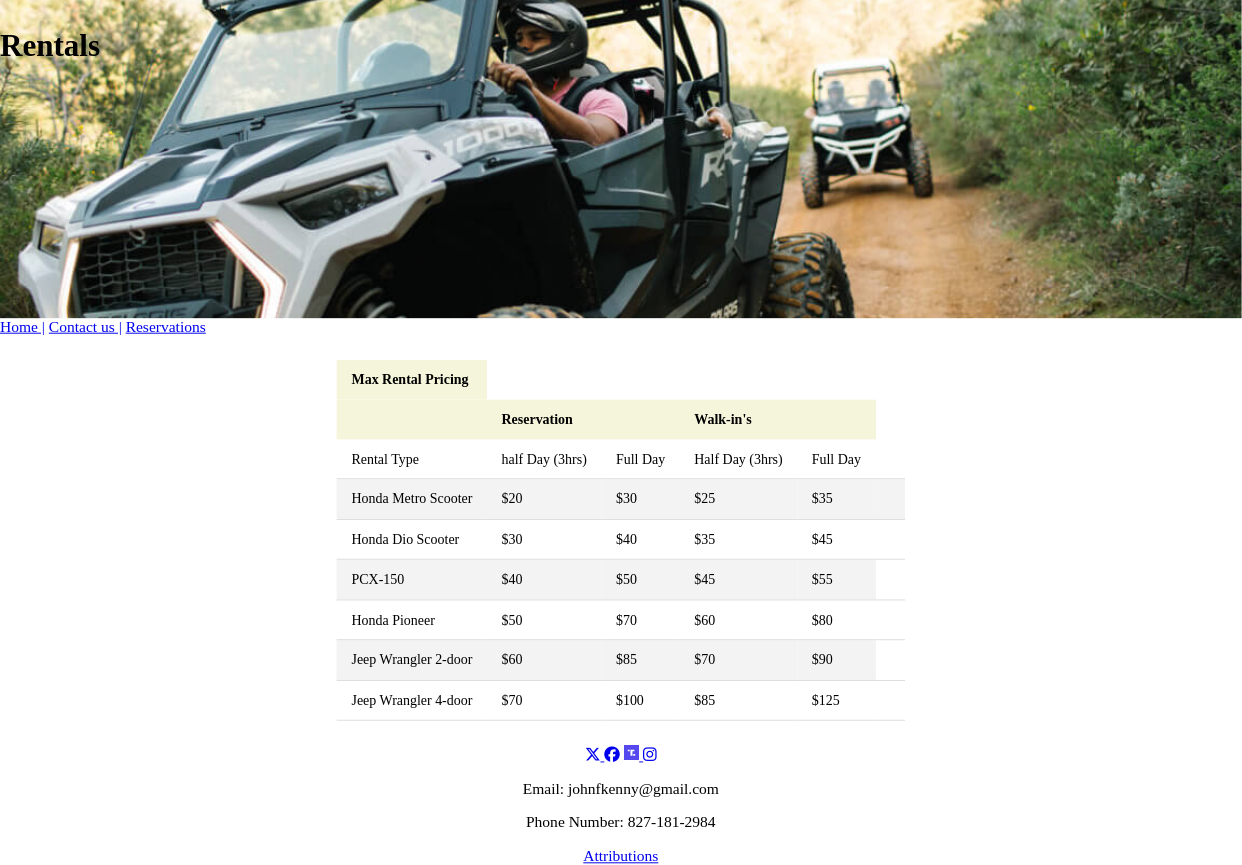
Repository: nak97/WDD230
Page: scoots/rentals-page/rentals-page.html
These files come from the project's save history. The page is drawn as it stood at one moment and after the next save; the edit follows.
The browser window is 1280 px wide. The pictures show the whole page, at 97% of full size.
Some web libraries are served in a nearby version.

Above is the page before, as saved 2023-12-11 17:29:08.

### scoots/rentals-page/rentals-page.html
<!DOCTYPE html>
<html lang="en">
<head>
  <meta charset="UTF-8">
  <meta name="viewport" content="width=device-width, initial-scale=1.0">
  <title>Nick Keen - WDD 230 - Web Frontend Development</title>
  <meta name="description" content="WDD 230 - Nicholas Keen  - Web Frontend Final Project">
  <meta name="author" content="Nicholas Keen">
  <meta property="og:title" content="facebook"/>
  <meta property="og:type" content="website" />
  <meta property="og:url" content="facebook.com" />
  <meta property="og:image" content="images/facebook-meta-tag-pic.png" />
  <link rel="stylesheet" href="styles/base.css">
  <link rel="stylesheet" href="styles/media.css">
  <link rel="stylesheet" href="styles/normalize.css">
</head>
<body>

  <header>
<h1>Rentals</h1>
  </header>

  <nav>
<a href="../home-page/home.html">Home |</a>
<a href="../contact/contact.html">Contact us |</a>
<a href="../reservations/reservations.html">Reservations</a>
  </nav>

  <main>

    <section class="flex-container">
    <table class="content-table">
      <thead>
        <tr>
          <td>  Max Rental Pricing</td></tr>
          <td></td>
          <td colspan="2"> Reservation</td>
          <td colspan="2">Walk-in's</td>
      </tr>
      </thead>
      <tbody>
        <tr>
          <td>Rental Type</td>
          <td>half Day (3hrs)</td>
          <td>Full Day</td>
          <td>Half Day (3hrs)</td>
          <td>Full Day</td>
      </tr>
        <tr>
        <td>Honda Metro Scooter</td>
        <td><span id="price-half-metro"></span></td>
        <td><span id="price-f-metro"></span></td>
        <td><span id="price-h-w"> </span></td>
        <td id="price-f-w"> </td>
        <td></td>
      </tr>
        <tr>
          <td>Honda Dio Scooter</td>
          <td> <span id="dio-h-r"></span></td>
          <td> <span id="dio-f-r"></span></td>
          <td> <span id="dio-h-w"></span></td>
          <td> <span id="dio-f-w"></span></td>
          <td></td>
        </tr>
        <tr>
          <td>PCX-150</td>
          <td> <span id="pcx-h-r"></span></td>
          <td> <span id="pcx-f-r"></span></td>
          <td> <span id="pcx-h-w"></span></td>
          <td> <span id="pcx-f-w"></span></td>
        </tr>
        <tr>
          <td>Honda Pioneer</td>
          <td> <span id="pioneer-h-r"></span></td>
          <td> <span id="pioneer-f-r"></span></td>
          <td> <span id="pioneer-h-w"></span></td>
          <td> <span id="pioneer-f-w"></span></td>
        </tr>
        <tr>
          <td>Jeep Wrangler 2-door</td>
          <td> <span id="jeep-two-h-r"></span></td>
          <td> <span id="jeep-two-f-r"></span></td>
          <td> <span id="jeep-two-h-w"></span></td>
          <td> <span id="jeep-two-f-w"></span></td>
        </tr>
        <tr>
        <td>Jeep Wrangler 4-door</td>
        <td> <span id="jeep-four-h-r"></span></td>
        <td> <span id="jeep-four-f-r"></span></td>
        <td> <span id="jeep-four-h-w"></span></td>
        <td> <span id="jeep-four-f-w"></span></td>
        </tr>






      </tbody>





    </table>



  </section>


















  </main>





<footer>

  <a href="https://twitter.com/" target="_blank" > <i class="fa-brands fa-x-twitter"></i> </a>
  <a href="https://www.facebook.com" target="_blank"><i class="fa-brands fa-facebook"></i></a>
  <a href="https://truthsocial.com/" target="_blank"> <img class="truth-social-icon" src="images/truth-social.svg" alt="truth social"> </a>
  <a href="https://www.instagram.com/" target="_blank"><i class="fa-brands fa-instagram"></i></a>

<section class="info">
<p>Email: johnfkenny@gmail.com</p>
<p>Phone Number: 827-181-2984</p>
<a href="attributions.html" target="_blank">Attributions</a>
</section>


</footer>



<script src="./scripts/pricing.js"></script>
<script src="https://kit.fontawesome.com/615002bc5f.js" crossorigin="anonymous"></script>
</body>


</html>

### scoots/rentals-page/styles/base.css
header {
  background-image: url(../images/OHV-SEO-1152x768.jpg);
  background-repeat: no-repeat;
  height: 20rem;
  background-position: 10% 67%;
  background-size: cover;
  margin-top: 0 ;
  padding-top: 0.5rem;
}


.content-table {
  border-collapse: collapse;
  margin: 25px 0;
  font-size: 0.9em;
  min-width: 400px;
}

.content-table thead tr {
  background-color: beige;
  color: black;
  text-align: left;
  font-weight: bold;
}

.content-table th {

}

.flex-container {
  display: flex;
  justify-content: center;
}


.content-table td{
  padding:12px 15px;
}

.content-table tbody tr {
  border-bottom: 1px solid #dddddd;

}

.content-table tbody tr:nth-of-type(even){
  background-color: #f3f3f3;
}

footer {
  text-align: center;
}

.truth-social-icon {
  height: 1rem;
}

### scoots/rentals-page/scripts/pricing.js
const url = './data/pricing.json'
async function getPrice() {
 const response = await fetch(url);
 const data = await response.json();
 console.log(data)

// metro scooter
 document.getElementById('price-half-metro').innerText = data.reservation[0].hd;
 document.getElementById('price-f-metro').innerText = data.reservation[0].fd ;
 document.getElementById('price-h-w').innerText = data.walk[0].hd;
 document.getElementById('price-f-w').innerText = data.walk[0].fd;

// dio scooter
 document.getElementById('dio-h-r').innerText = data.reservation[1].hd;
 document.getElementById('dio-f-r').innerText = data.reservation[1].fd;
 document.getElementById('dio-h-w').innerText = data.walk[1].hd;
 document.getElementById('dio-f-w').innerText = data.walk[1].fd;

//  pxc150
document.getElementById('pcx-h-r').innerText = data.reservation[2].hd;
document.getElementById('pcx-f-r').innerText = data.reservation[2].fd;
document.getElementById('pcx-h-w').innerText = data.walk[2].hd;
document.getElementById('pcx-f-w').innerText = data.walk[2].fd;

// pioneer
document.getElementById('pioneer-h-r').innerText = data.reservation[3].hd;
document.getElementById('pioneer-f-r').innerText = data.reservation[3].fd;
document.getElementById('pioneer-h-w').innerText = data.walk[3].hd;
document.getElementById('pioneer-f-w').innerText = data.walk[3].fd;

// jeep 2-door
document.getElementById('jeep-two-h-r').innerText = data.reservation[5].hd;
document.getElementById('jeep-two-f-r').innerText = data.reservation[5].fd;
document.getElementById('jeep-two-h-w').innerText = data.walk[5].hd;
document.getElementById('jeep-two-f-w').innerText = data.walk[5].fd;

// jeep 4-door
document.getElementById('jeep-four-h-r').innerText = data.reservation[4].hd;
document.getElementById('jeep-four-f-r').innerText = data.reservation[4].fd;
document.getElementById('jeep-four-h-w').innerText = data.walk[4].hd;
document.getElementById('jeep-four-f-w').innerText = data.walk[4].fd;
}
getPrice();

### scoots/rentals-page/data/pricing.json
{
  "reservation":[
      {
        "type": "Honda Metro Scooter ",
        "hd": "$20",
        "fd": "$30"
      },

      {
        "type": " Honda Dio Scooter",
        "hd": "$30 ",
        "fd": "$40 "
      },

      {
        "type": " Honda CX150 Scooter",
        "hd": "$40 ",
        "fd": "$50 "
      },


      {
        "type": " Honda Pioneer",
        "hd": "$50 ",
        "fd": "$70 "
      },

      {
        "type": " Jeep Wrangler - 4 door with a/c",
        "hd": "$70 ",
        "fd": "$100 "
      },

      {
        "type": " Jeep Wrangler - 2 door ",
        "hd": "$60 ",
        "fd": "$85 "
      }
  ],

  "walk":[
{
  "type": "Honda Metro Scooter ",
  "hd": "$25",
  "fd": "$35"
},

{
  "type": " Honda Dio Scooter",
  "hd": "$35 ",
  "fd": "$45 "
},

{
  "type": " Honda CX150 Scooter",
  "hd": "$45 ",
  "fd": "$55 "
},

{
  "type": " Honda Pioneer",
  "hd": "$60 ",
  "fd": "$80 "
},

{
  "type": " Jeep Wrangler - 4 door with a/c",
  "hd": "$85 ",
  "fd": "$125 "
},

{
  "type": " Jeep Wrangler - 2 door ",
  "hd": "$70 ",
  "fd": "$90 "
}

  ]
}

Loaded but not shown: scoots/rentals-page/styles/normalize.css (library); scoots/rentals-page/styles/media.css (no stored copy; drawn as an empty file)

After the next save:
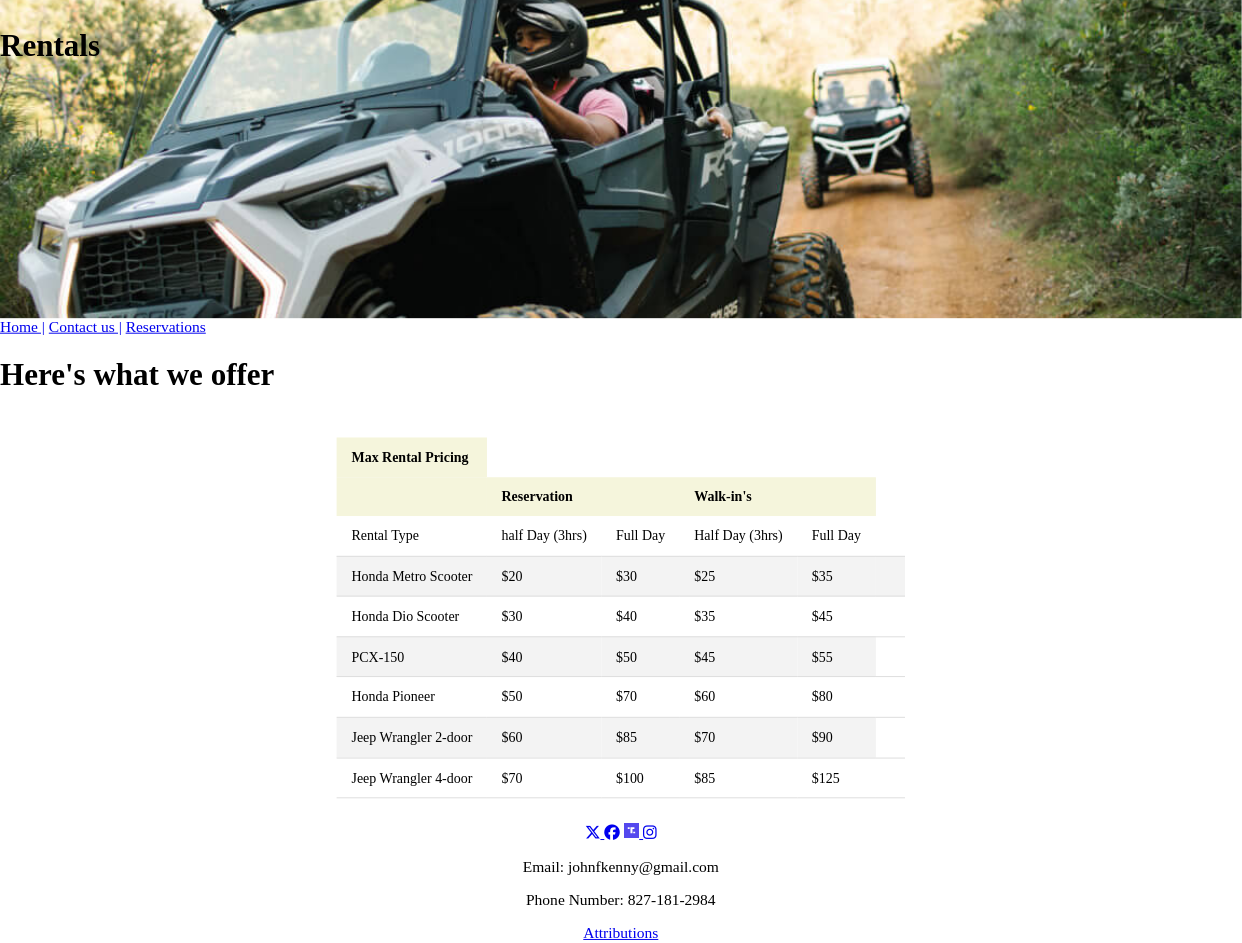
Saved 60 s later.
--- a/scoots/rentals-page/rentals-page.html
+++ b/scoots/rentals-page/rentals-page.html
@@ -27,6 +27,15 @@
   </nav>
 
   <main>
+
+
+    <h1> Here's what we offer</h1>
+
+
+
+
+
+
 
     <section class="flex-container">
     <table class="content-table">
